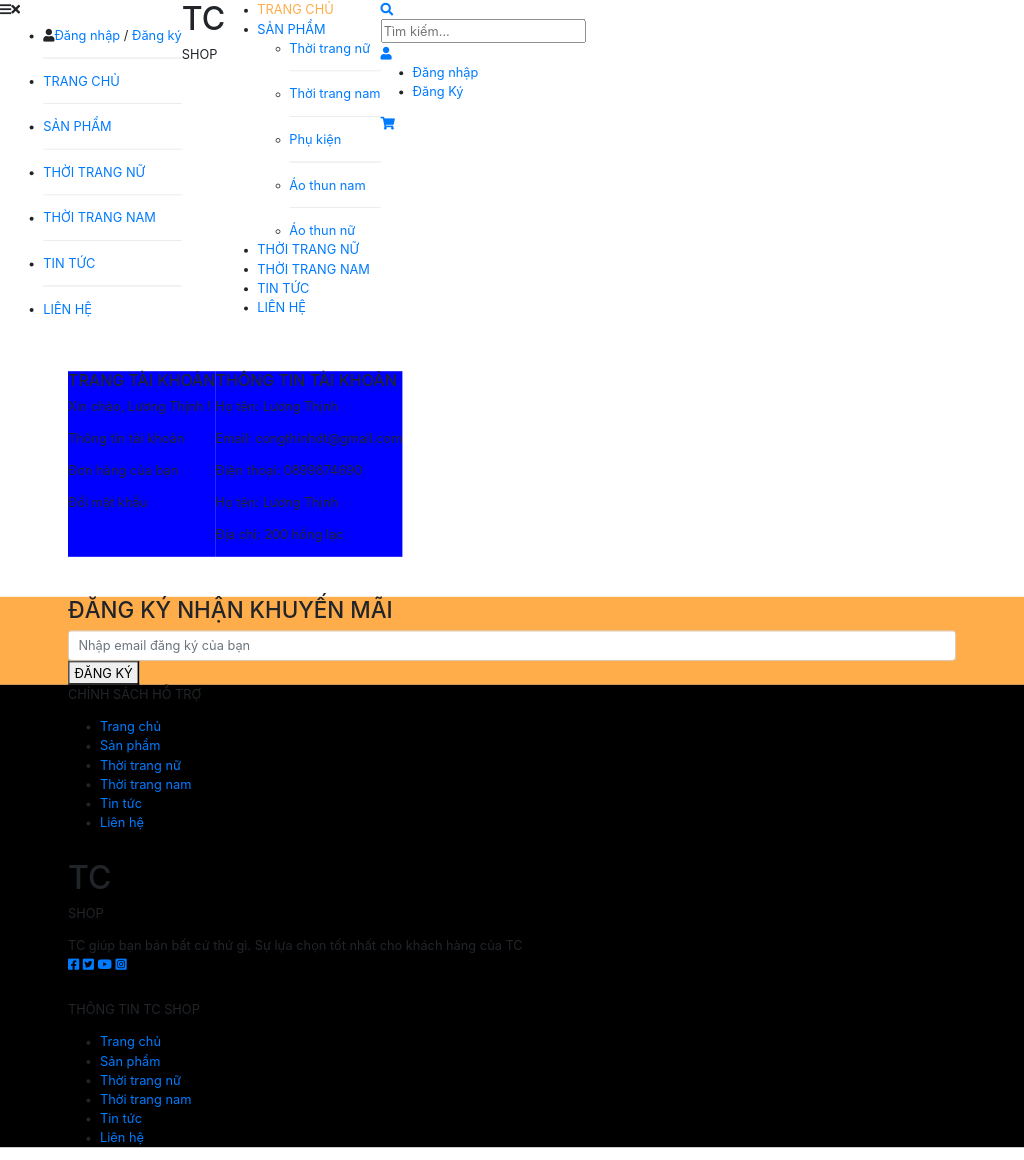
Repository: congthinh1701/TCshop
Page: ThongTinTaiKhoan.html
An editor plug-in stored every save of this project. The page is shown before and after the next save, followed by the edit.
The browser window is 1280 px wide. The pictures show the whole page, at 80% of full size.
The style sheet was rebuilt from its Sass, Less or Tailwind sources for each picture, by a compiler version that may differ from the author's.

Above is the page before, as saved 2021-09-08 17:05:51.

After the next save:
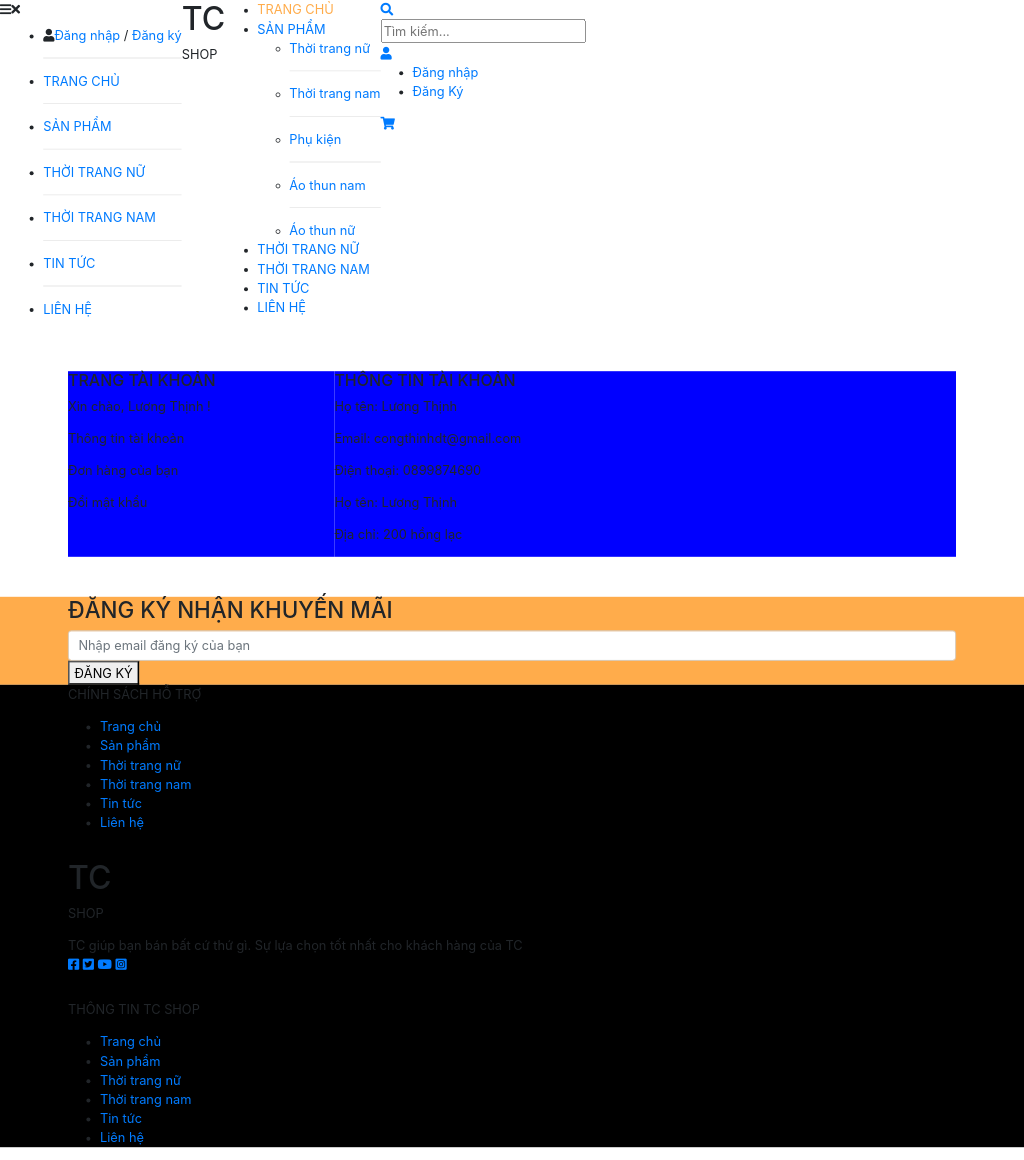
Saved 44 s later.
--- a/sass/style.scss
+++ b/sass/style.scss
@@ -10,10 +10,10 @@ $fontWeight:500;
     margin-top: 50px;
 }
 .trang-tai-khoan{
-    width: calc(100% - var(--columns) - 20%);
+    width: calc(100% / var(--columns) - 20%);
     background-color: blue;
 }
 .thong-tin-tai-khoan{
-    width: calc(100% - var(--columns) + 20%);
+    width: calc(100% / var(--columns) + 20%);
     background-color: blue;
 }
